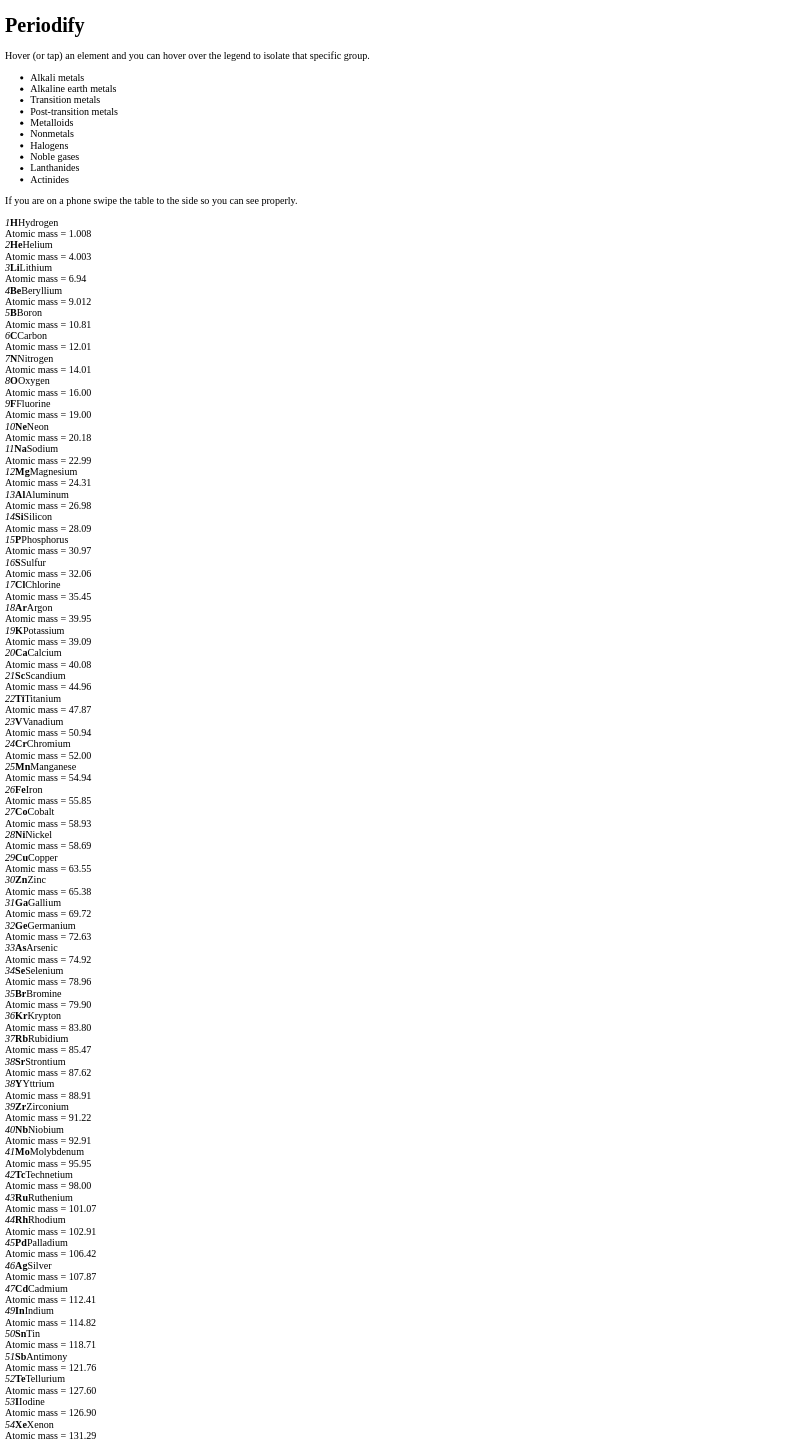
Repository: manayparikh1/Periodify
Page: index.html
An editor plug-in stored every save of this project. The page is shown before and after the next save, followed by the edit.
The browser window is 1280 px wide. The pictures show the whole page, at 63% of full size.

Above is the page before, as saved 2026-10-16 15:45:37.

### index.html
<!DOCTYPE html>
<html lang="en">

<head>
    <meta charset="UTF-8">
    <meta name="viewport" content="width=device-width, initial-scale=1.0">
    <title>Periodify</title>
</head>

<body>
    <!-- === HTML STARTS here===-->
    <header>
        <h1>Period<span>ify</span></h1>
        <p>Hover (or tap) an element and you can hover over the legend to isolate that specific group.</p>
    </header>
    <!-- === Legend === -->
    <ul class="legend">
        <li class="k-ak" style="--c: var(--ak);">Alkali metals</li>
        <li class="k-ae" style="--c: var(--ae);">Alkaline earth metals</li>
        <li class="k-tm" style="--c: var(--tm);">Transition metals</li>
        <li class="k-pt" style="--c: var(--pt);">Post-transition metals</li>
        <li class="k-md" style="--c: var(--md);">Metalloids</li>
        <li class="k-nm" style="--c: var(--nm);">Nonmetals</li>
        <li class="k-hg" style="--c: var(--hg);">Halogens</li>
        <li class="k-hl" style="--c: var(--hl);">Noble gases</li>
        <li class="k-la" style="--c: var(--la);">Lanthanides</li>
        <li class="k-ac" style="--c: var(--ac);">Actinides</li>
    </ul>
    <p class="hint">If you are on a phone swipe the table to the side so you can see properly.</p>
    <div class="scroll">
        <div class="table">

            <!-- The first period -->
            <div class="el nm" tabindex="0"><i>1</i><b>H</b><span>Hydrogen<br>Atomic mass = 1.008</span></div>
            <div class="gap" style="--n:16"></div>
            <!-- Gives a 16 element gap because hydron and helium are not in the same column -->
            <div class="el ng" tabindex="0"><i>2</i><b>He</b><span>Helium<br>Atomic mass = 4.003</span></div>
            <!-- The second period -->
            <div class="el ak" tabindex="0"><i>3</i><b>Li</b><span>Lithium<br>Atomic mass = 6.94</span></div>
            <div class="el ae" tabindex="0"><i>4</i><b>Be</b><span>Beryllium<br>Atomic mass = 9.012</span></div>
            <div class="gap" style="--n:10"></div>
            <div class="el md" tabindex="0"><i>5</i><b>B</b><span>Boron<br>Atomic mass = 10.81</span></div>
            <div class="el nm" tabindex="0"><i>6</i><b>C</b><span>Carbon<br>Atomic mass = 12.01</span></div>
            <div class="el nm" tabindex="0"><i>7</i><b>N</b><span>Nitrogen<br>Atomic mass = 14.01</span></div>
            <div class="el nm" tabindex="0"><i>8</i><b>O</b><span>Oxygen<br>Atomic mass = 16.00</span></div>
            <div class="el hg" tabindex="0"><i>9</i><b>F</b><span>Fluorine<br>Atomic mass = 19.00</span></div>
            <div class="el ng" tabindex="0"><i>10</i><b>Ne</b><span>Neon<br>Atomic mass = 20.18</span></div>
            <!-- The third period -->
            <div class="el ak" tabindex="0"><i>11</i><b>Na</b><span>Sodium<br>Atomic mass = 22.99</span></div>
            <div class="el ae" tabindex="0"><i>12</i><b>Mg</b><span>Magnesium<br>Atomic mass = 24.31</span></div>
            <div class="gap" style="--n:10"></div>
            <div class="el md" tabindex="0"><i>13</i><b>Al</b><span>Aluminum<br>Atomic mass = 26.98</span></div>
            <div class="el nm" tabindex="0"><i>14</i><b>Si</b><span>Silicon<br>Atomic mass = 28.09</span></div>
            <div class="el nm" tabindex="0"><i>15</i><b>P</b><span>Phosphorus<br>Atomic mass = 30.97</span></div>
            <div class="el nm" tabindex="0"><i>16</i><b>S</b><span>Sulfur<br>Atomic mass = 32.06</span></div>
            <div class="el hg" tabindex="0"><i>17</i><b>Cl</b><span>Chlorine<br>Atomic mass = 35.45</span></div>
            <div class="el ng" tabindex="0"><i>18</i><b>Ar</b><span>Argon<br>Atomic mass = 39.95</span></div>
            <!-- the fourth period -->
            <div class="el ak" tabindex="0"><i>19</i><b>K</b><span>Potassium<br>Atomic mass = 39.09</span></div>
            <div class="el ae" tabindex="0"><i>20</i><b>Ca</b><span>Calcium<br>Atomic mass = 40.08</span></div>
            <div class="el tm" tabindex="0"><i>21</i><b>Sc</b><span>Scandium<br>Atomic mass = 44.96</span></div>
            <div class="el tm" tabindex="0"><i>22</i><b>Ti</b><span>Titanium<br>Atomic mass = 47.87</span></div>
            <div class="el tm" tabindex="0"><i>23</i><b>V</b><span>Vanadium<br>Atomic mass = 50.94</span></div>
            <div class="el tm" tabindex="0"><i>24</i><b>Cr</b><span>Chromium<br>Atomic mass = 52.00</span></div>
            <div class="el tm" tabindex="0"><i>25</i><b>Mn</b><span>Manganese<br>Atomic mass = 54.94</span></div>
            <div class="el tm" tabindex="0"><i>26</i><b>Fe</b><span>Iron<br>Atomic mass = 55.85</span></div>
            <div class="el tm" tabindex="0"><i>27</i><b>Co</b><span>Cobalt<br>Atomic mass = 58.93</span></div>
            <div class="el tm" tabindex="0"><i>28</i><b>Ni</b><span>Nickel<br>Atomic mass = 58.69</span></div>
            <div class="el tm" tabindex="0"><i>29</i><b>Cu</b><span>Copper<br>Atomic mass = 63.55</span></div>
            <div class="el tm" tabindex="0"><i>30</i><b>Zn</b><span>Zinc<br>Atomic mass = 65.38</span></div>
            <div class="el pt" tabindex="0"><i>31</i><b>Ga</b><span>Gallium<br>Atomic mass = 69.72</span></div>
            <div class="el md" tabindex="0"><i>32</i><b>Ge</b><span>Germanium<br>Atomic mass = 72.63</span></div>
            <div class="el md" tabindex="0"><i>33</i><b>As</b><span>Arsenic<br>Atomic mass = 74.92</span></div>
            <div class="el nm" tabindex="0"><i>34</i><b>Se</b><span>Selenium<br>Atomic mass = 78.96</span></div>
            <div class="el hg" tabindex="0"><i>35</i><b>Br</b><span>Bromine<br>Atomic mass = 79.90</span></div>
            <div class="el ng" tabindex="0"><i>36</i><b>Kr</b><span>Krypton<br>Atomic mass = 83.80</span></div>
            <!-- the fifth period -->
            <div class="el ak" tabindex="0"><i>37</i><b>Rb</b><span>Rubidium<br>Atomic mass = 85.47</span></div>
            <div class="el ae" tabindex="0"><i>38</i><b>Sr</b><span>Strontium<br>Atomic mass = 87.62</span></div>
            <div class="el tm" tabindex="0"><i>38</i><b>Y</b><span>Yttrium<br>Atomic mass = 88.91</span></div>
            <div class="el tm" tabindex="0"><i>39</i><b>Zr</b><span>Zirconium<br>Atomic mass = 91.22</span></div>
            <div class="el tm" tabindex="0"><i>40</i><b>Nb</b><span>Niobium<br>Atomic mass = 92.91</span></div>
            <div class="el tm" tabindex="0"><i>41</i><b>Mo</b><span>Molybdenum<br>Atomic mass = 95.95</span></div>
            <div class="el tm" tabindex="0"><i>42</i><b>Tc</b><span>Technetium<br>Atomic mass = 98.00</span></div>
            <div class="el tm" tabindex="0"><i>43</i><b>Ru</b><span>Ruthenium<br>Atomic mass = 101.07</span></div>
            <div class="el tm" tabindex="0"><i>44</i><b>Rh</b><span>Rhodium<br>Atomic mass = 102.91</span></div>
            <div class="el tm" tabindex="0"><i>45</i><b>Pd</b><span>Palladium<br>Atomic mass = 106.42</span></div>
            <div class="el tm" tabindex="0"><i>46</i><b>Ag</b><span>Silver<br>Atomic mass = 107.87</span></div>
            <div class="el tm" tabindex="0"><i>47</i><b>Cd</b><span>Cadmium<br>Atomic mass = 112.41</span></div>
            <div class="el pt" tabindex="0"><i>49</i><b>In</b><span>Indium<br>Atomic mass = 114.82</span></div>
            <div class="el pt" tabindex="0"><i>50</i><b>Sn</b><span>Tin<br>Atomic mass = 118.71</span></div>
            <div class="el md" tabindex="0"><i>51</i><b>Sb</b><span>Antimony<br>Atomic mass = 121.76</span></div>
            <div class="el md" tabindex="0"><i>52</i><b>Te</b><span>Tellurium<br>Atomic mass = 127.60</span></div>
            <div class="el hg" tabindex="0"><i>53</i><b>I</b><span>Iodine<br>Atomic mass = 126.90</span></div>
            <div class="el ng" tabindex="0"><i>54</i><b>Xe</b><span>Xenon<br>Atomic mass = 131.29</span></div>
            <!-- the sixth period -->

</body>

After the next save:
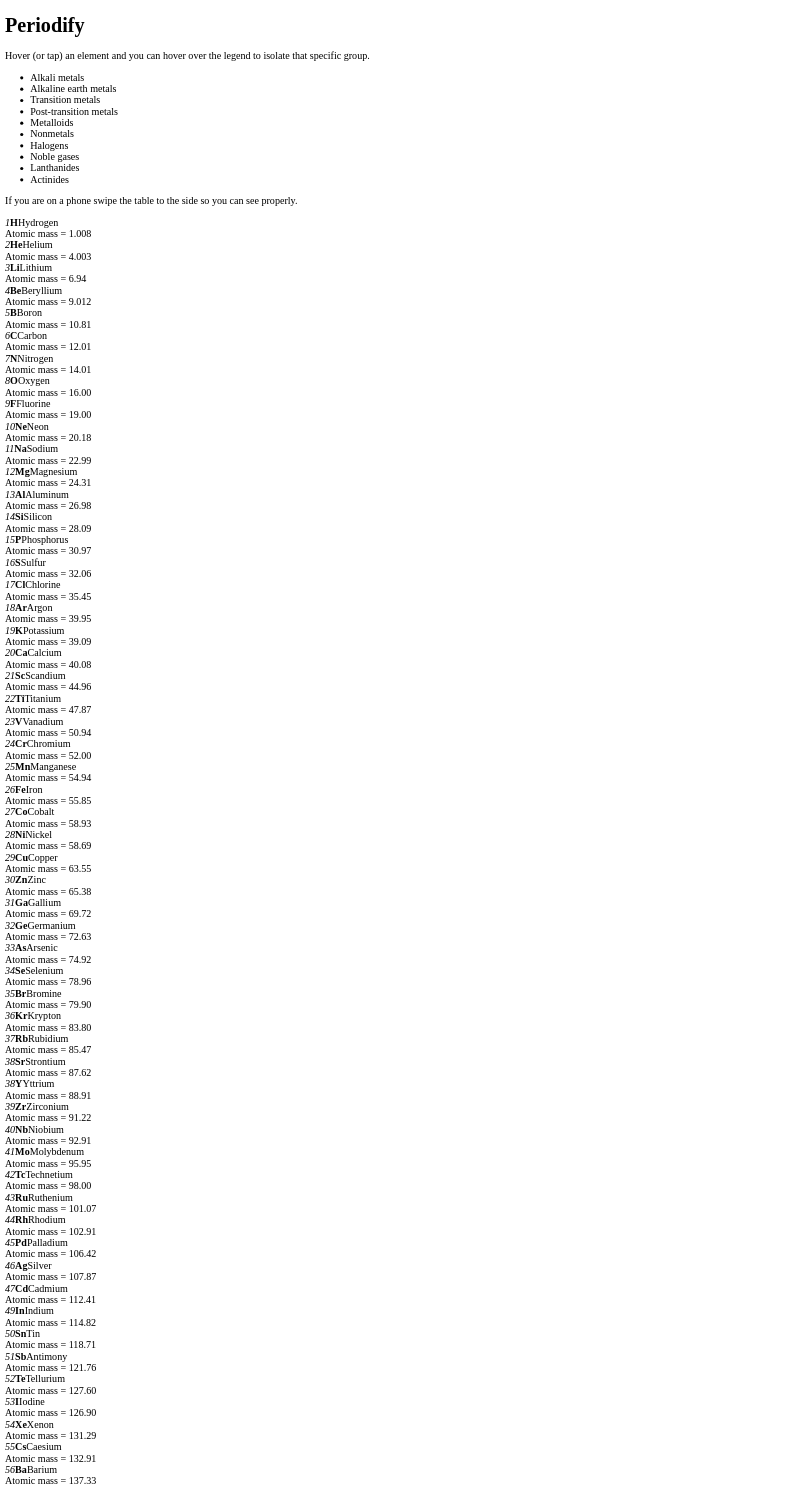
Saved 4 h 38 min later.
--- a/index.html
+++ b/index.html
@@ -94,5 +94,8 @@
             <div class="el hg" tabindex="0"><i>53</i><b>I</b><span>Iodine<br>Atomic mass = 126.90</span></div>
             <div class="el ng" tabindex="0"><i>54</i><b>Xe</b><span>Xenon<br>Atomic mass = 131.29</span></div>
             <!-- the sixth period -->
+            <div class="el ak" tabindex="0"><i>55</i><b>Cs</b><span>Caesium<br>Atomic mass = 132.91</span></div>
+            <div class="el ae" tabindex="0"><i>56</i><b>Ba</b><span>Barium<br>Atomic mass = 137.33</span></div>
+            <!-- this is the gap for the lanthanoids  group (goes to hafnium straight)-->
 
 </body>
